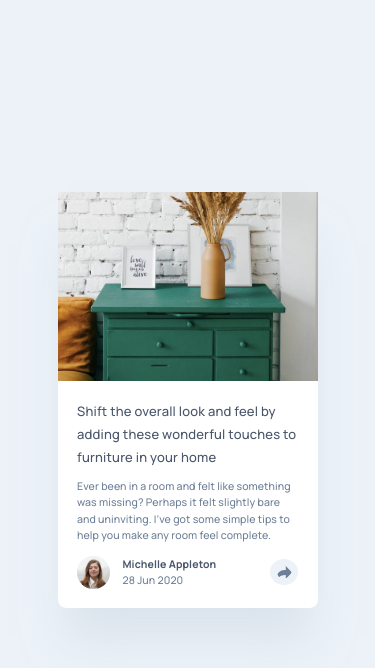
Repository: brandontaylor1/article-preview-component
Page: index.html
The author's editor kept a copy of each file at every save. The page is drawn from the files as they stood at one save, then again after the next save.
The browser window is 375 px wide. The pictures show the whole page.

Above is the page before, as saved 2025-01-13 22:35:57.

After the next save:
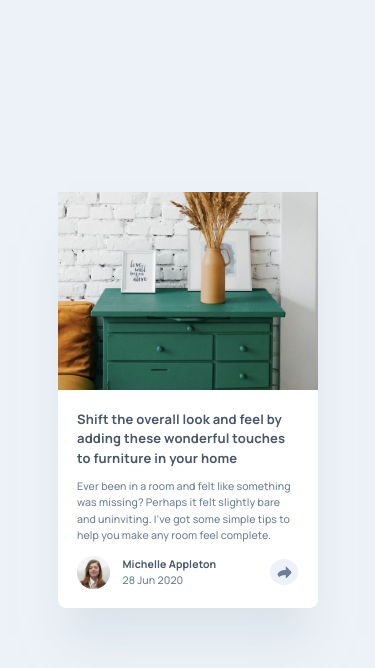
Saved 29 s later.
--- a/styles.css
+++ b/styles.css
@@ -153,6 +153,12 @@ body {
     }
 
     .component-content h2 {
-        font-size: 1rem;
+        color: #48556A;
+font-family: Manrope;
+font-size: 1rem;
+font-style: normal;
+font-weight: 700;
+line-height: 1.5rem; /* 150% */
+letter-spacing: 0.0125rem;
     }
 }
